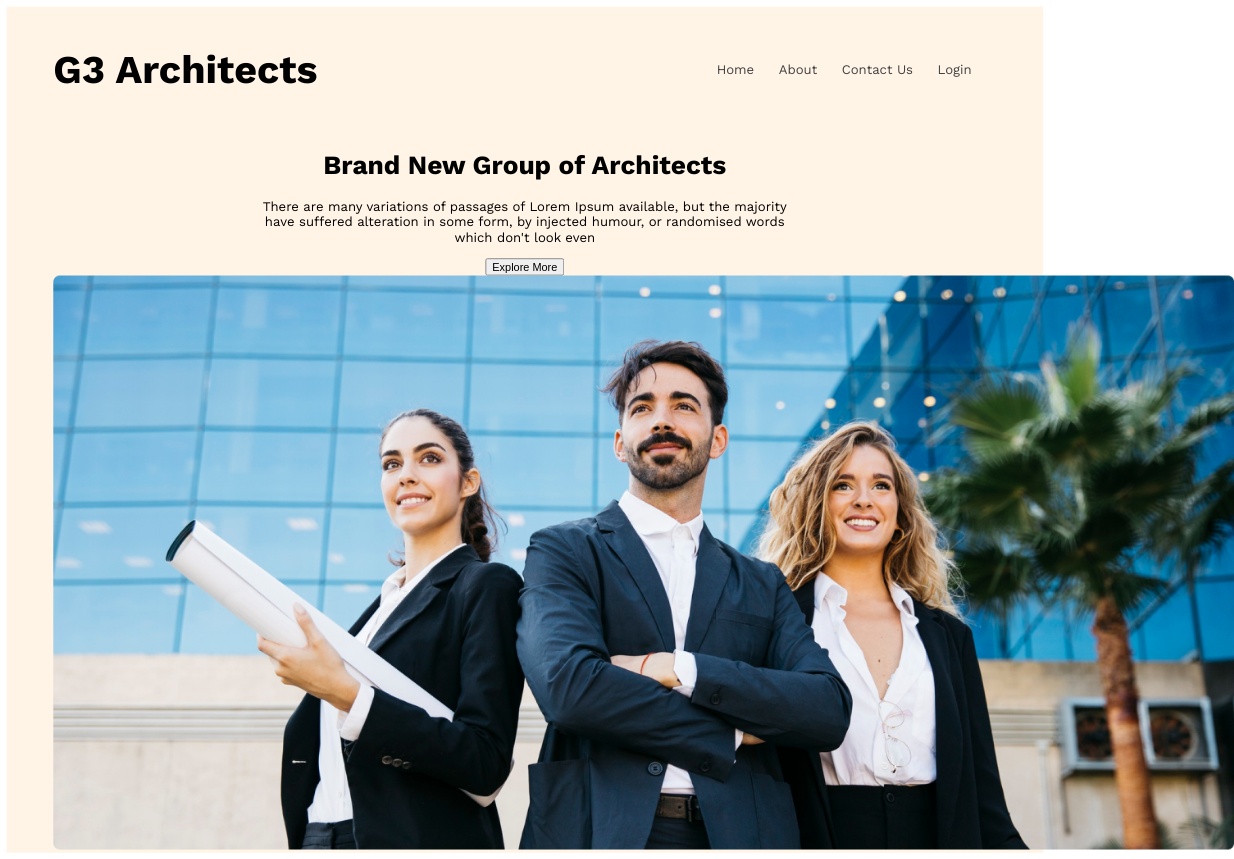
Repository: dollyrakhe22/g3-architects-website
Page: index.html
These files come from the project's save history. The page is drawn as it stood at one moment and after the next save; the edit follows.
The browser window is 1280 px wide. The page is 1505 px wide, so the pictures cover 1505 px, including what lies to the right of the window. The pictures show the whole page, at 82% of full size.

Above is the page before, as saved 2025-07-20 09:57:35.

### index.html
<!DOCTYPE html>
<html lang="en">
<head>
    <meta charset="UTF-8">
    <meta name="viewport" content="width=device-width, initial-scale=1.0">
    <title>Architects Website</title>
    <link rel="stylesheet" href="style.css">
</head>
<body class="work-sans-font">
    <header class="bg-light">
           <nav class="navbar  display-flex">
             <h3 class="brand">G3 Architects</h3>
             <ul class="nav-links display-flex">
              <li class="nav-item"><a href="" class="nav-link text-gray ">Home</a></li>
              <li class="nav-item"><a href="" class="nav-link text-gray ">About</a></li>
              <li class="nav-item"><a href="" class="nav-link text-gray ">Contact Us</a></li>
              <li class="nav-item"><a href="" class="nav-link text-gray ">Login</a></li>
             </ul>
           </nav>
           <div class="banner">
          <div class="banner-content">
              <h1 class="banner-title">Brand New Group of Architects </h1>
              <p class="banner-description">There are many variations of passages of Lorem Ipsum available, but the majority have suffered alteration in some form, by injected humour,
              or randomised words which don't look even</p>
            <button>Explore More</button>
          </div>
            <img src="images/banner.png" alt="" srcset="">
           </div>
    </header>
    <main>

    </main>
    <footer>

    </footer>
</body>
</html>

### style.css
@import url('https://fonts.googleapis.com/css2?family=Work+Sans:ital,wght@0,100..900;1,100..900&display=swap');

.work-sans-font {
  font-family: "Work Sans", sans-serif;
  font-optical-sizing: auto;
  font-weight: 400px;
  font-style: normal;
}
/*shared styles*/
.display-flex{
  display: flex;
}
/*dark 02*/
.text-gray{
  color: #424242;
}
/*dark 03*/
.text-light-gray{
  color:#727272;
}
.navbar{
  justify-content: space-between;
  align-items: center;
}
.bg-light{
  background-color: rgba(255, 144, 14, 0.1);
}
.brand{
  font-weight: 700;
  font-size: 3rem;
}
/*header styles*/


/*navbar related styles*/
.navbar{
  display: flex;
}
.nav-item{
  list-style: none;
  margin-right: 30px;
}
.nav-link{
  text-decoration: none;
  font-size: 500;
}
.navbar,.banner {
  max-width: 1150px;
  margin: 0 auto;

}


/*banner related styles*/
.banner-content{
  max-width: 650px;
  margin: 0 auto;
  text-align: center;
}
.banner{
  align-items: center;

}

After the next save:
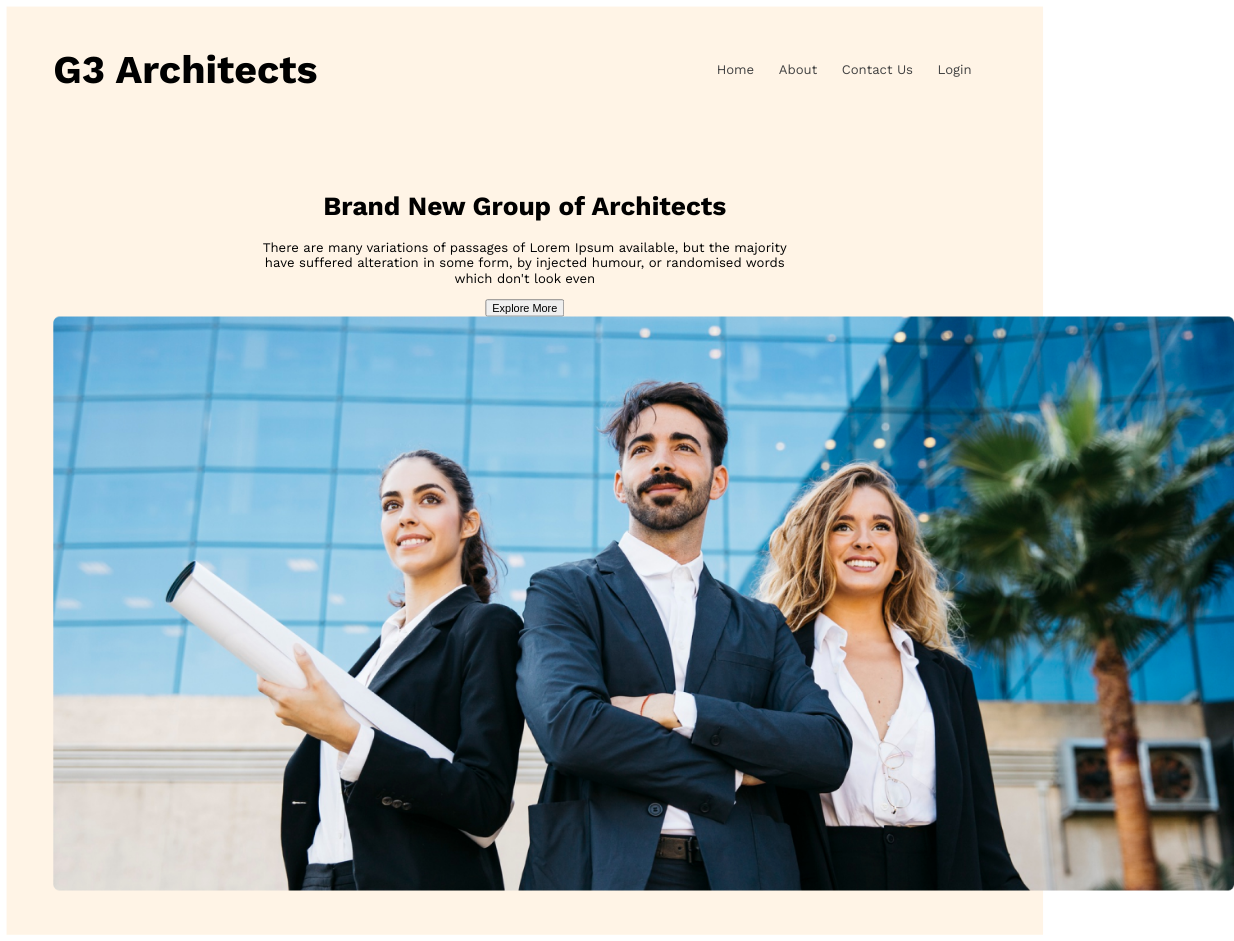
Saved 26 s later.
--- a/style.css
+++ b/style.css
@@ -58,6 +58,6 @@
   text-align: center;
 }
 .banner{
-  align-items: center;
+  padding: 50px;
 
 }
